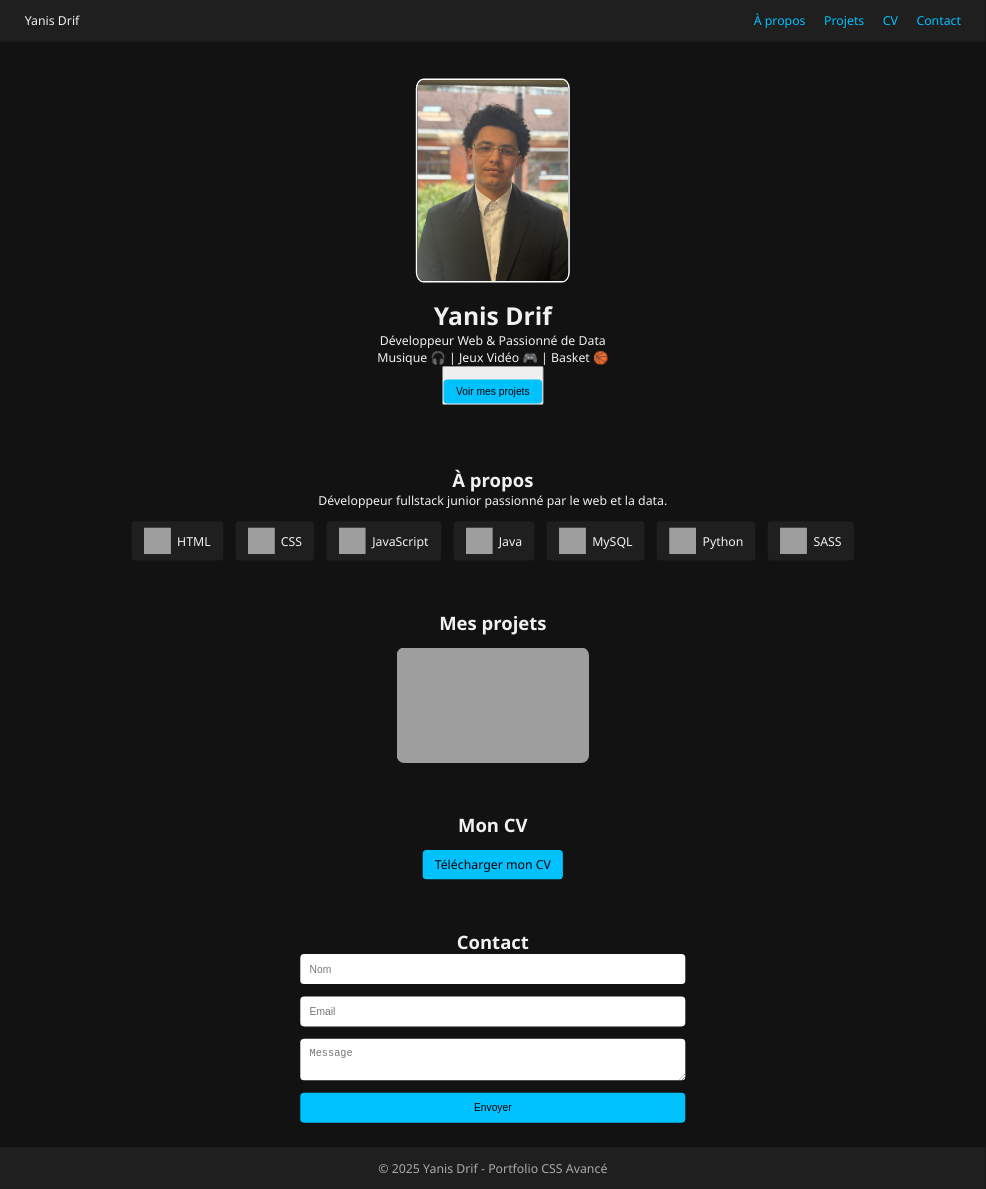
Repository: Yxniiss/ProjetCssAvance
Page: OneDrive/Bureau/Portfolio DrifYanis/home.html
An editor plug-in stored every save of this project. The page is shown before and after the next save, followed by the edit.
The browser window is 1280 px wide. The pictures show the whole page, at 77% of full size.
Pictures or frames that could not be fetched are drawn as grey boxes.

Above is the page before, as saved 2025-04-10 10:06:52.
Console error: TypeError: Cannot set properties of null (setting 'textContent')

After the next save:
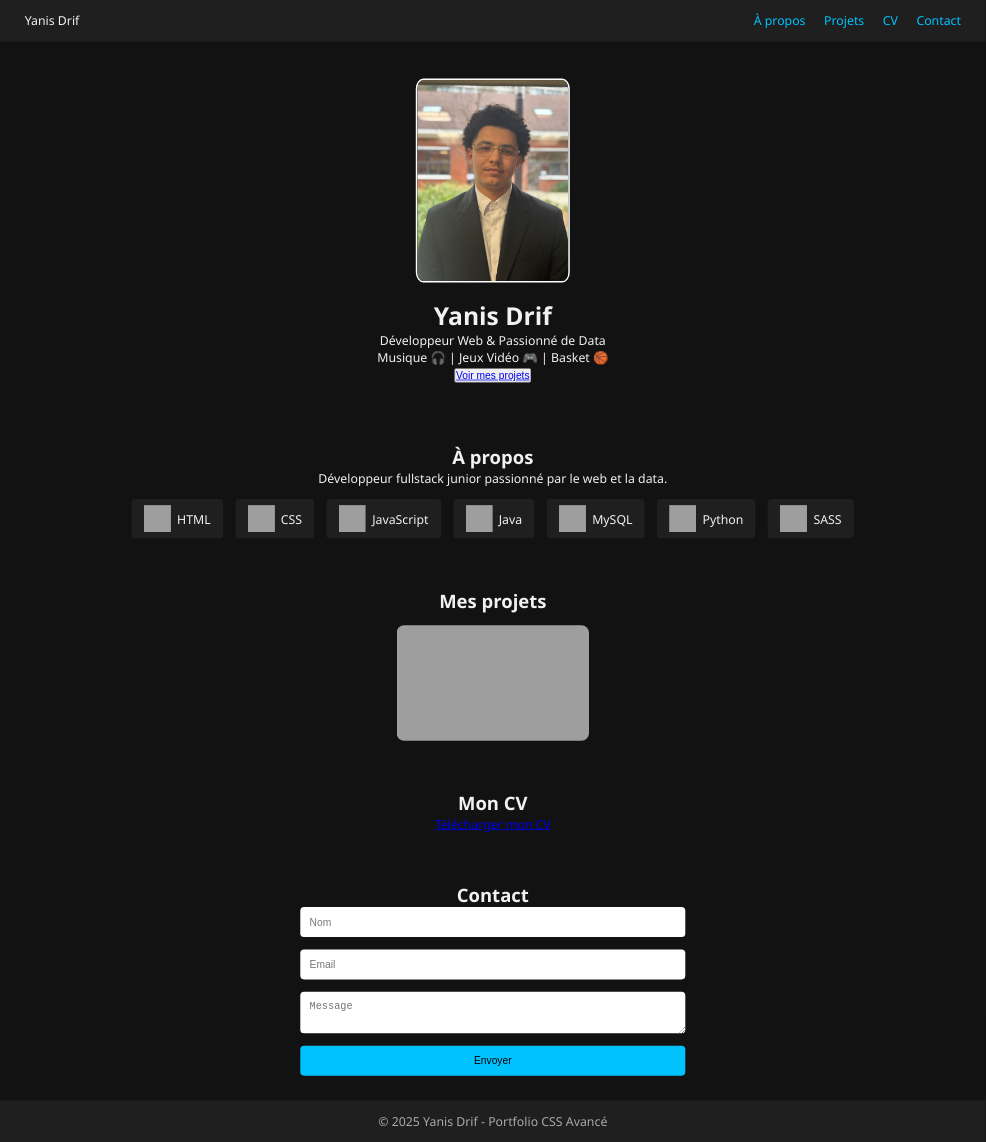
Saved 76 s later.
--- a/OneDrive/Bureau/Portfolio DrifYanis/style.css
+++ b/OneDrive/Bureau/Portfolio DrifYanis/style.css
@@ -90,15 +90,7 @@
     color: #aaa;
   }
 
-  .btn {
-    display: inline-block;
-    margin-top: 1rem;
-    padding: 0.5rem 1rem;
-    background-color: #00c2ff;
-    color: #000;
-    text-decoration: none;
-    border-radius: 5px;
-  }
+
 
   .contact-form {
     max-width: 500px;

After the save that followed:
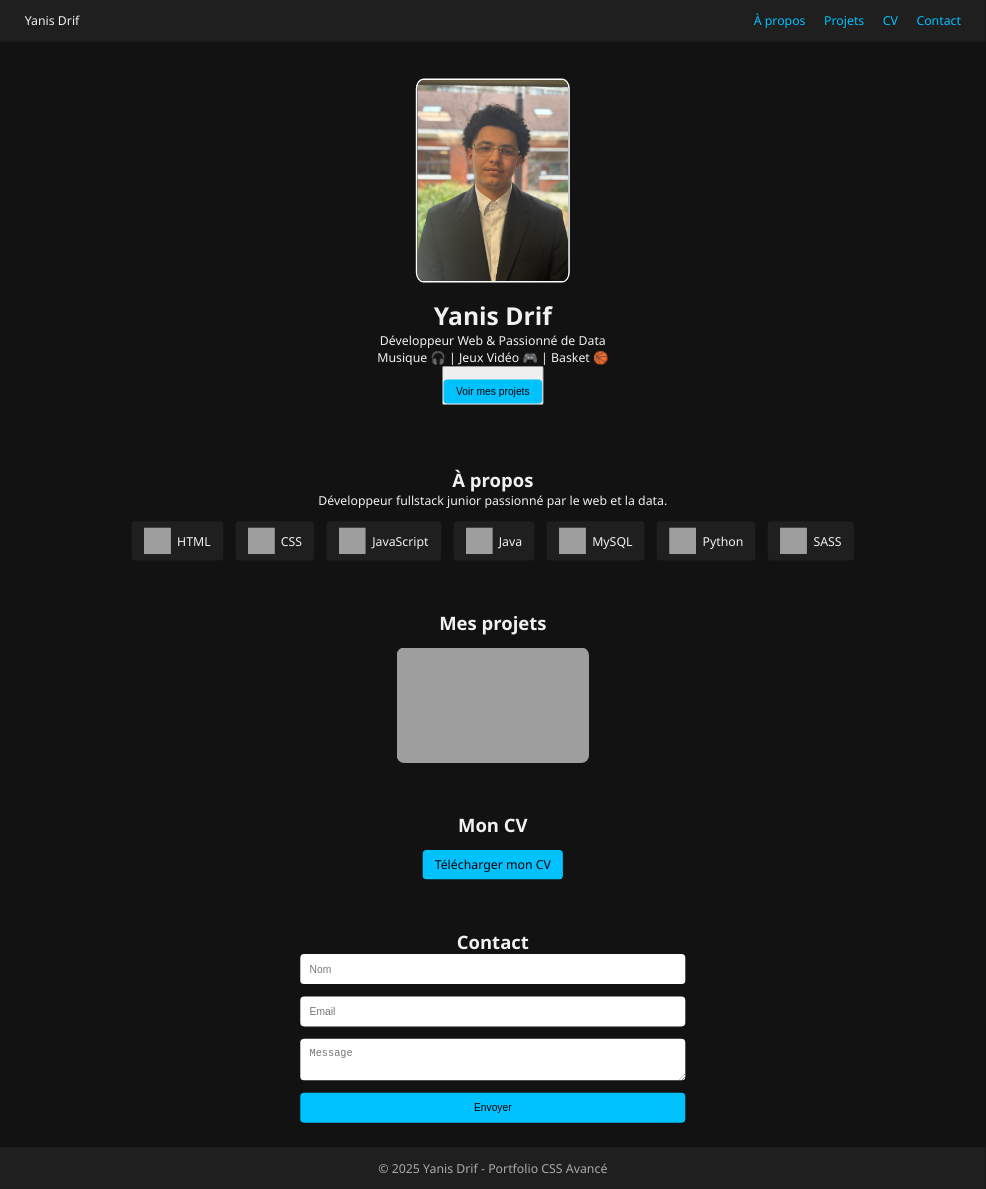
Saved 9 s later.
--- a/OneDrive/Bureau/Portfolio DrifYanis/style.css
+++ b/OneDrive/Bureau/Portfolio DrifYanis/style.css
@@ -90,7 +90,15 @@
     color: #aaa;
   }
 
-
+  .btn {
+    display: inline-block;
+    margin-top: 1rem;
+    padding: 0.5rem 1rem;
+    background-color: #00c2ff;
+    color: #000;
+    text-decoration: none;
+    border-radius: 5px;
+  }
 
   .contact-form {
     max-width: 500px;
